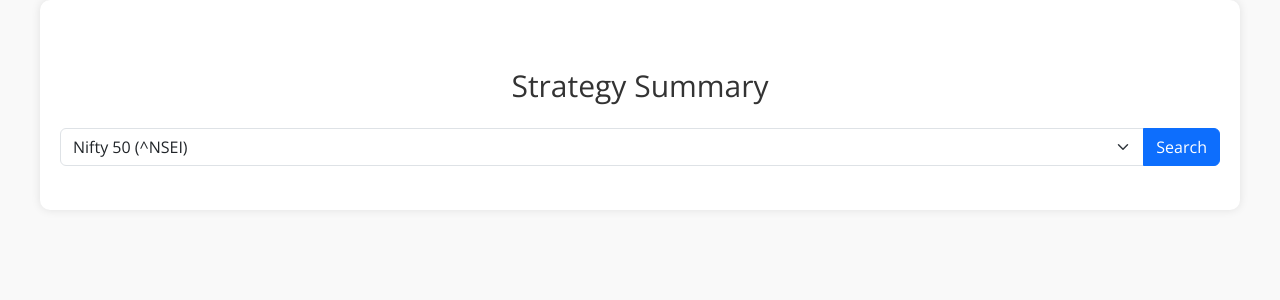
Repository: shiv-aye/stockEye
Page: src/index.html
The author's editor kept a copy of each file at every save. The page is drawn from the files as they stood at one save, then again after the next save.
The browser window is 1280 px wide. The pictures show the whole page.
The page's requests for data from a server got no answer.

Above is the page before, as saved 2024-02-15 02:00:05.

After the next save:
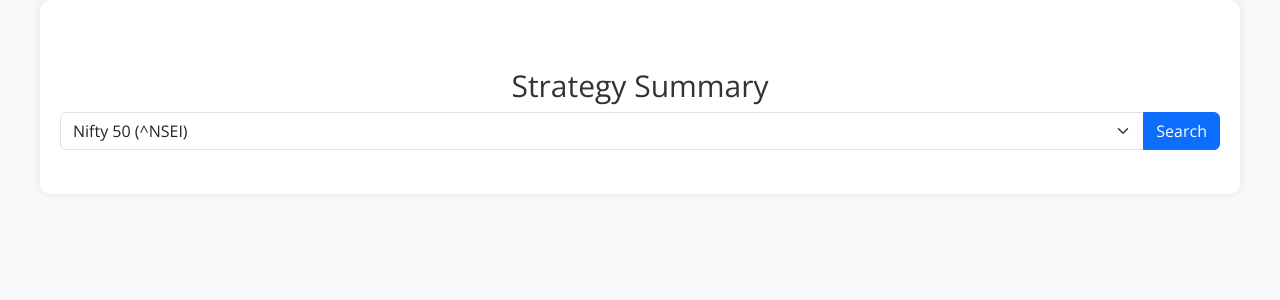
Saved 2 min 8 s later.
--- a/src/index.html
+++ b/src/index.html
@@ -19,7 +19,7 @@
         <h1 class="text-center mt-5">Strategy Summary</h1>
 
         <!-- Dropdown for selecting stock symbol -->
-        <div class="input-group mt-4">
+        <div class="input-group mt-7">
             <select class="form-select" id="stock-select">
                 <option value="^NSEI">Nifty 50 (^NSEI)</option>
                 <option value="TCS">Tata Consultancy Services (TCS)</option>
